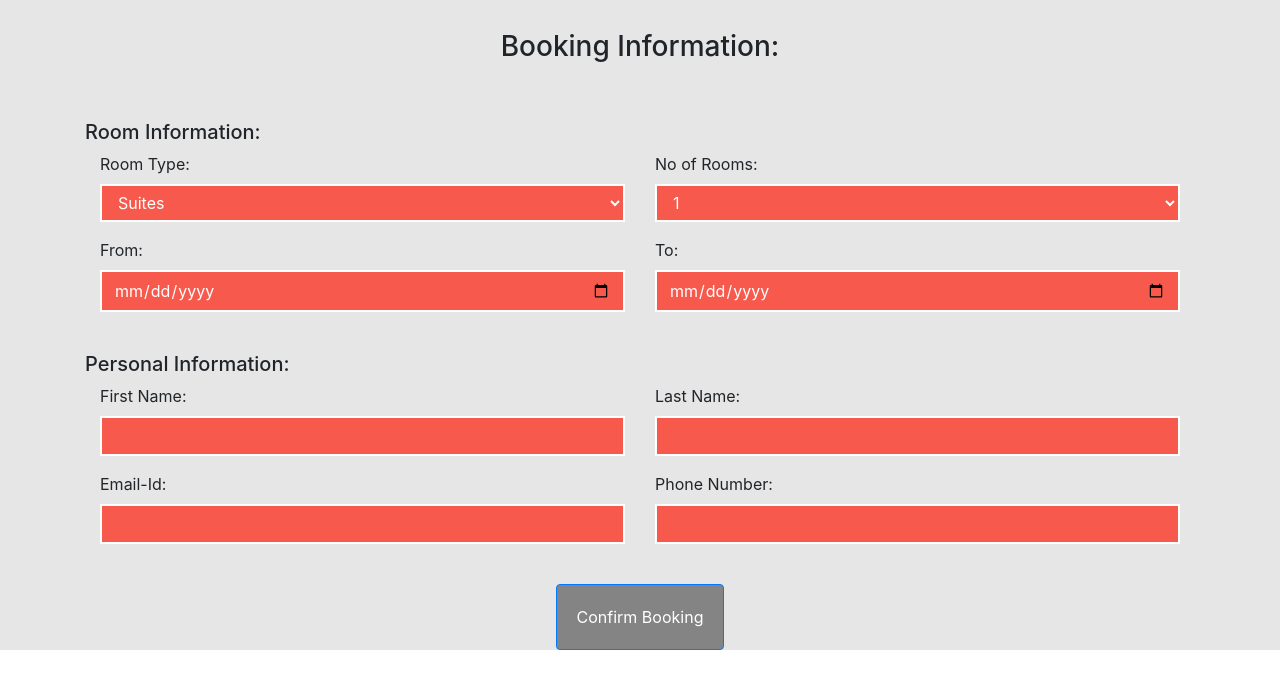
Repository: kapsky5/HotelManagement
Page: booking.html
The author's editor kept a copy of each file at every save. The page is drawn from the files as they stood at one save, then again after the next save.
The browser window is 1280 px wide. The pictures show the whole page.

Above is the page before, as saved 2019-11-07 03:52:57.

After the next save:
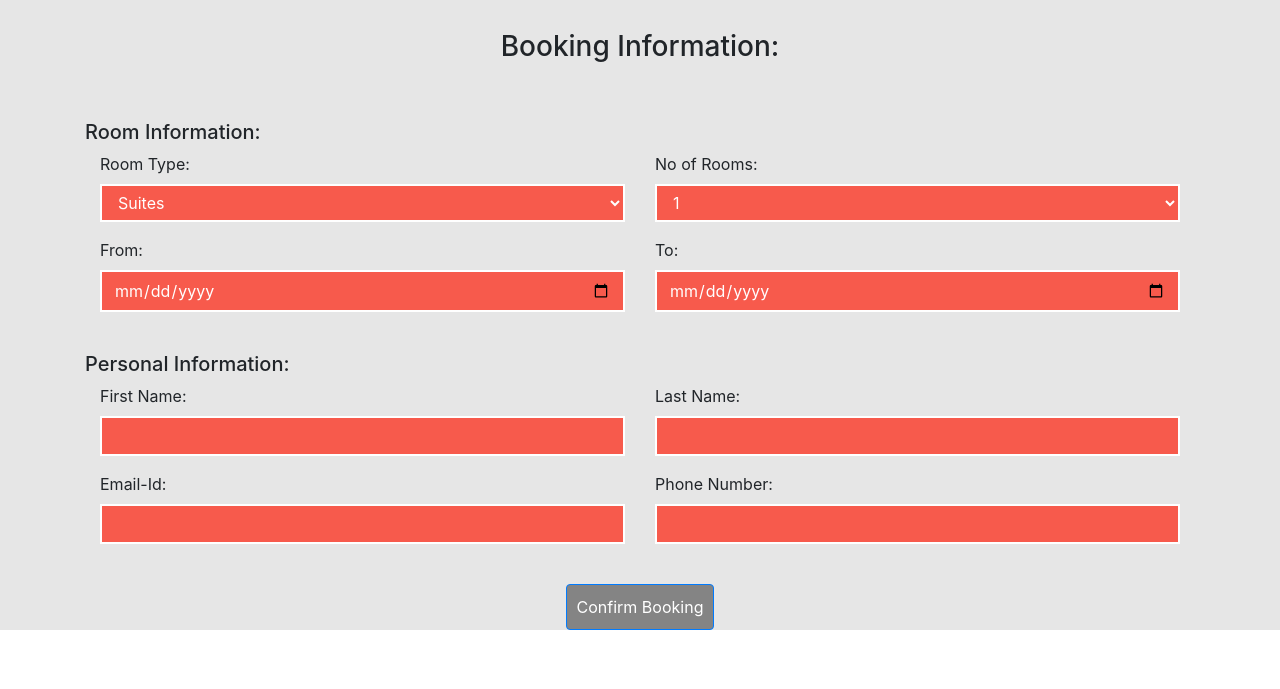
Saved 5 s later.
--- a/booking.html
+++ b/booking.html
@@ -86,7 +86,7 @@
                 </div>
                 <br>
                 <div class="text-center">
-                    <button class="btn btn-primary" type="submit" style="background-color: #848484; padding: 20px;">Confirm Booking</button>
+                    <button class="btn btn-primary" type="submit" style="background-color: #848484; padding: 10px;">Confirm Booking</button>
                 </div>
             </form>
         </div>
